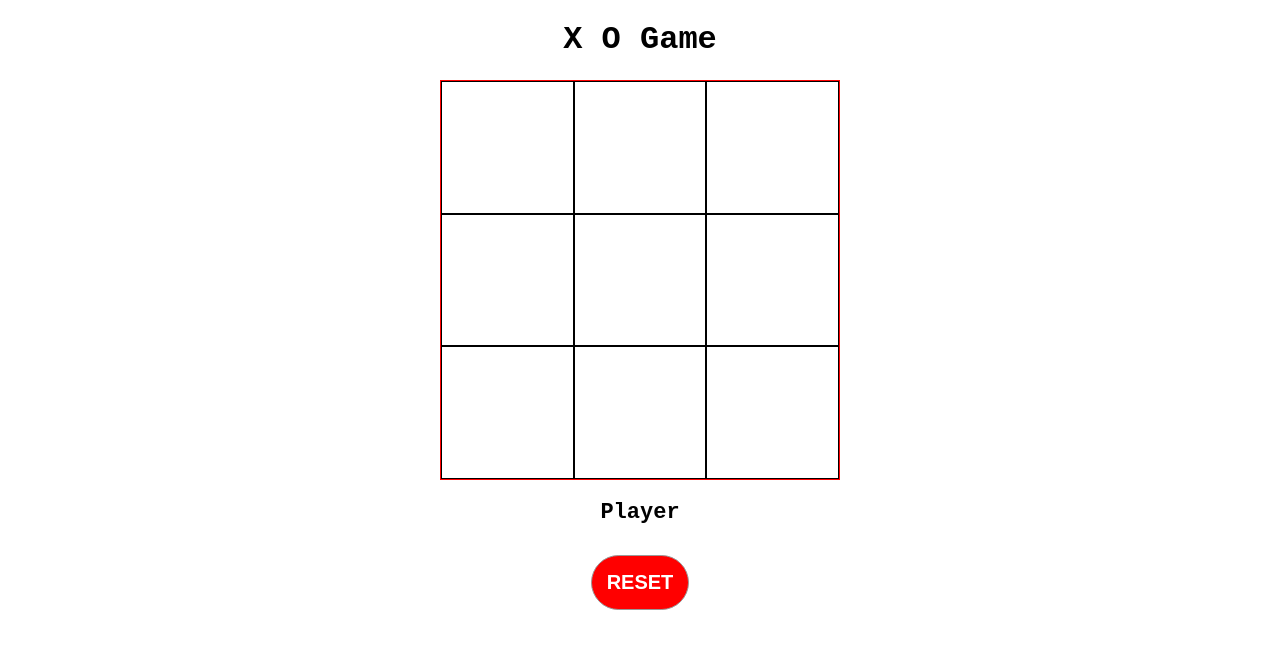
Repository: abdelrahman-ahmed-nassar/javascript-games
Page: my_x-o/index.html
An editor plug-in stored every save of this project. The page is shown before and after the next save, followed by the edit.
The browser window is 1280 px wide. The pictures show the whole page.
After loading, the first visible `#reset-btn` was clicked once.

Above is the page before, as saved 2024-07-27 23:34:15.

After the next save:
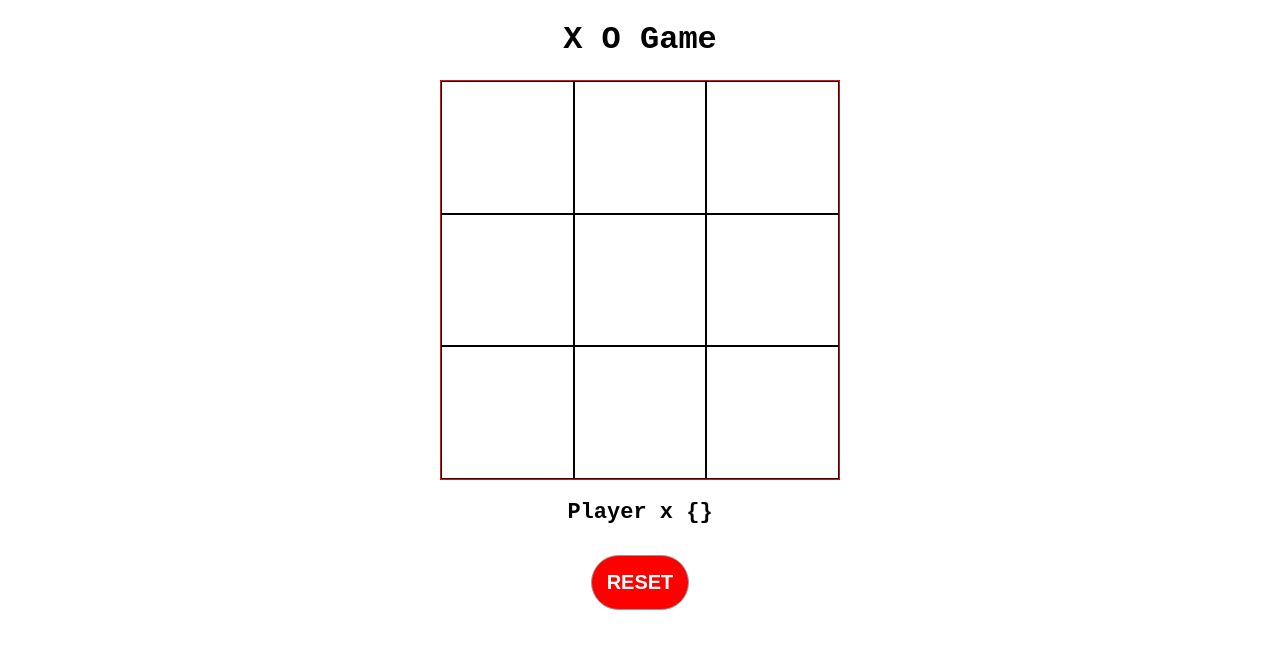
Saved 5 s later.
--- a/my_x-o/script.js
+++ b/my_x-o/script.js
@@ -107,7 +107,7 @@ resetBtn.addEventListener("click", function (e) {
     document.querySelector(`.box-${i}`).style = "pointer-events: all;";
   }
 
-  textEl.innerHTML = `Player `;
+  textEl.innerHTML = `Player ${activePlayer} {}`;
 
   updateGrid(-1);
   init();
